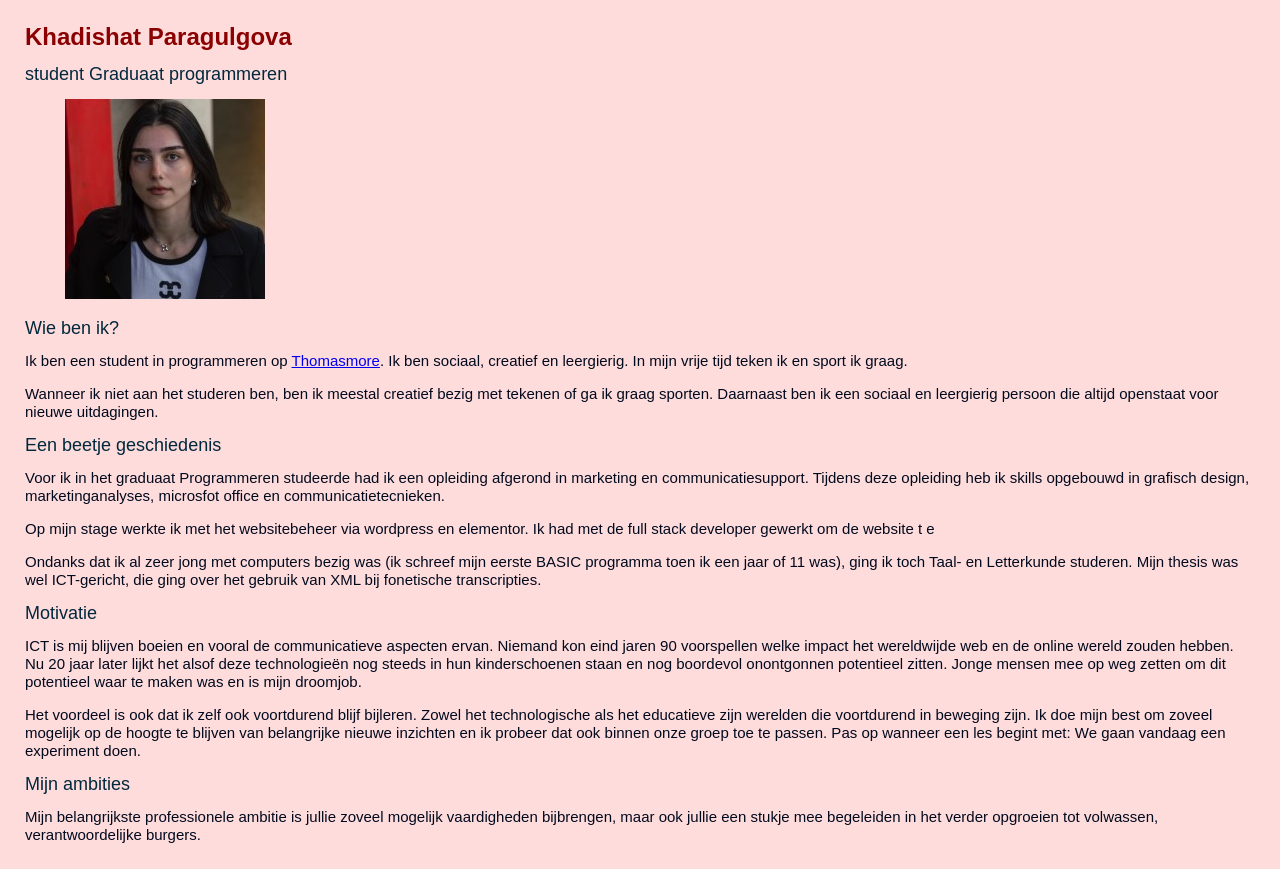
Repository: khadishat00/portfolio
Page: index.html
An editor plug-in stored every save of this project. The page is shown before and after a run of saves, followed by the edit.
The browser window is 1280 px wide. The pictures show the whole page.

Above is the page before, as saved 2026-09-24 15:05:25.

After the next 6 saves:
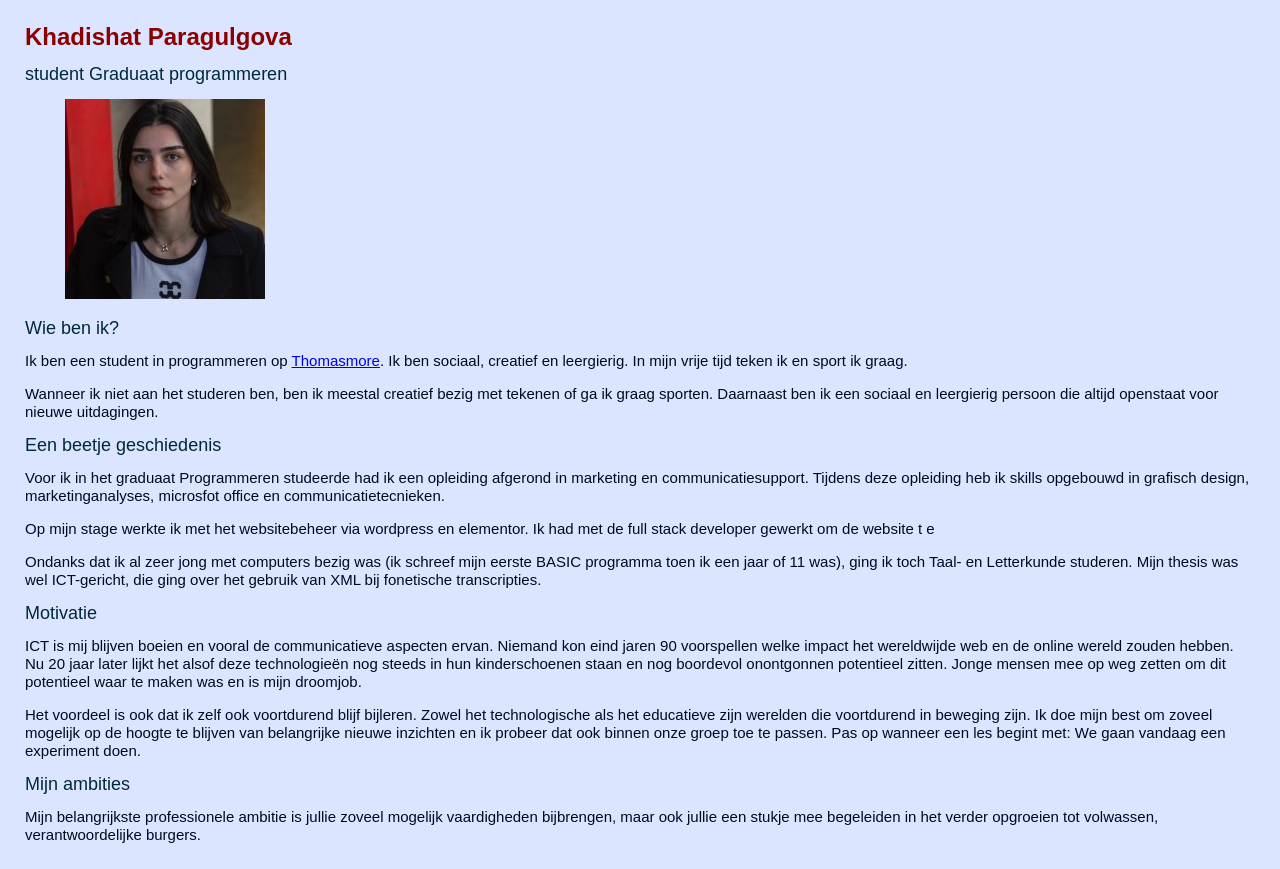
The 6 saves are shown as one change because they came seconds apart.
The last was saved 15 s later.
--- a/index.html
+++ b/index.html
@@ -10,7 +10,7 @@
       font-family: Arial, sans-serif;
     }
     body {
-      background-color: rgba(255, 160, 160, 0.366);
+      background-color: rgba(160, 184, 255, 0.366);
       margin: 25px;
     }
     h1 {
